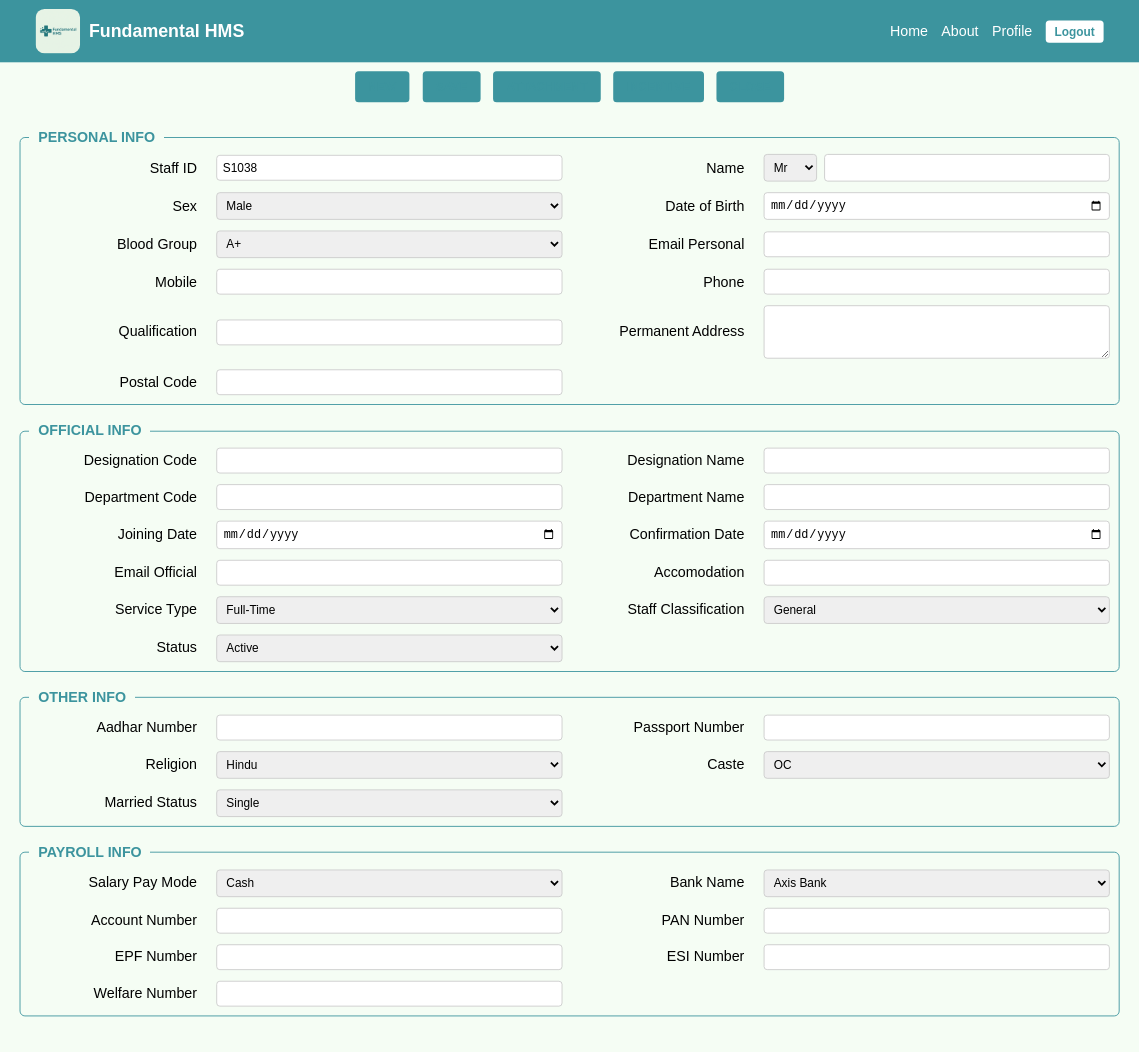
Repository: NAGENDRAN0/New
Page: http://localhost/staff
These files come from the project's save history. The page is drawn as it stood at one moment and after the next save; the edit follows.
The browser window is 1280 px wide. The pictures show the whole page, at 89% of full size.
The page is this project's Thymeleaf template; nobody is signed in. The template is opened directly, without the code that normally fills it, so the values that code supplies are empty.

Above is the page before, as saved 2025-05-19 08:03:45.

After the next save:
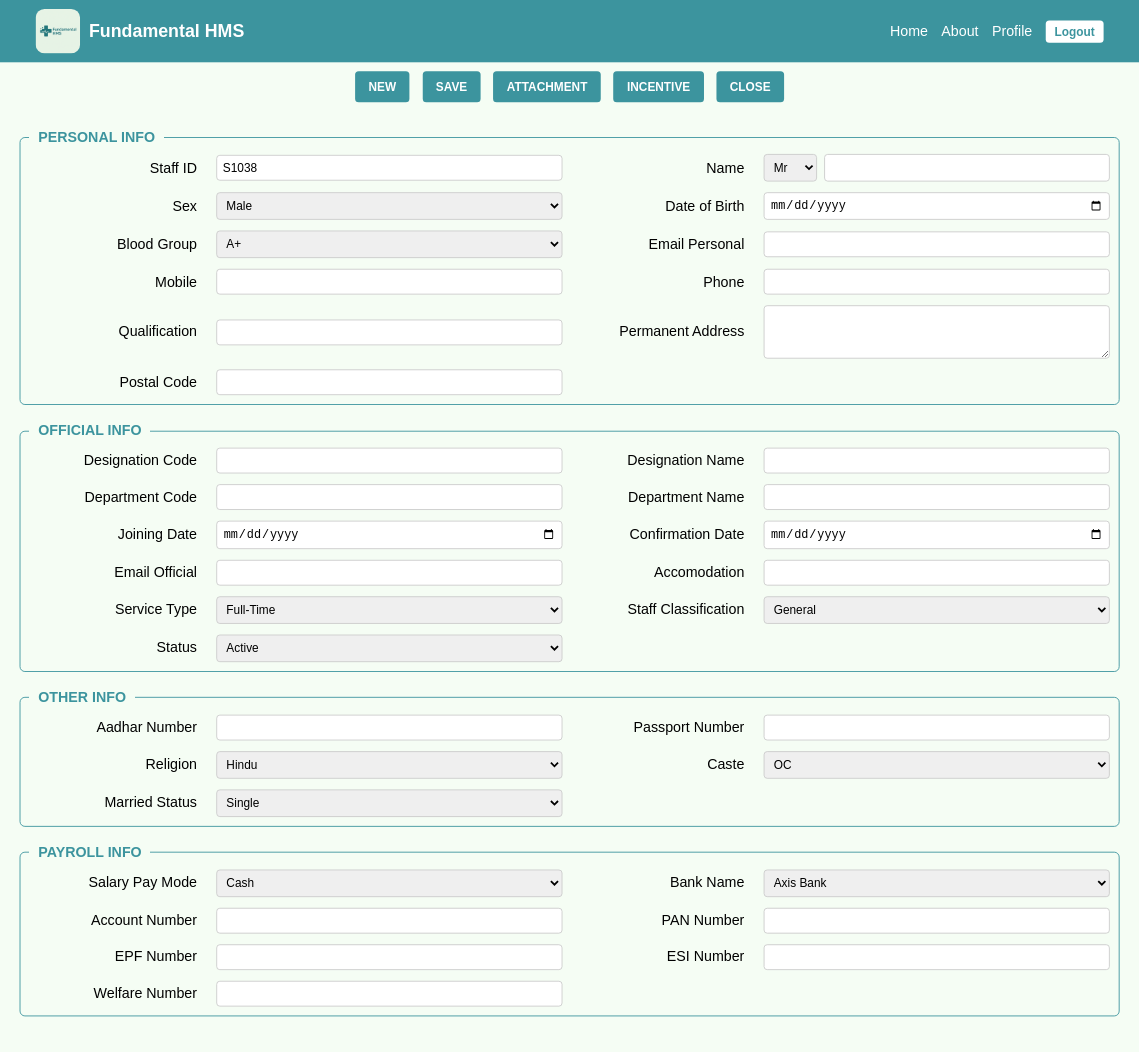
Saved 15 s later.
--- a/Documents/workspace-spring-tool-suite-4-4.25.0.RELEASE/HMS/src/main/resources/templates/staff.html
+++ b/Documents/workspace-spring-tool-suite-4-4.25.0.RELEASE/HMS/src/main/resources/templates/staff.html
@@ -29,7 +29,7 @@
 	  margin: 0 5px;
 	  cursor: pointer;
 	  font-weight: bold;
-	  color: #3C949E;
+	  color: #fff;
 	  border-radius: 4px;
 	}
 
